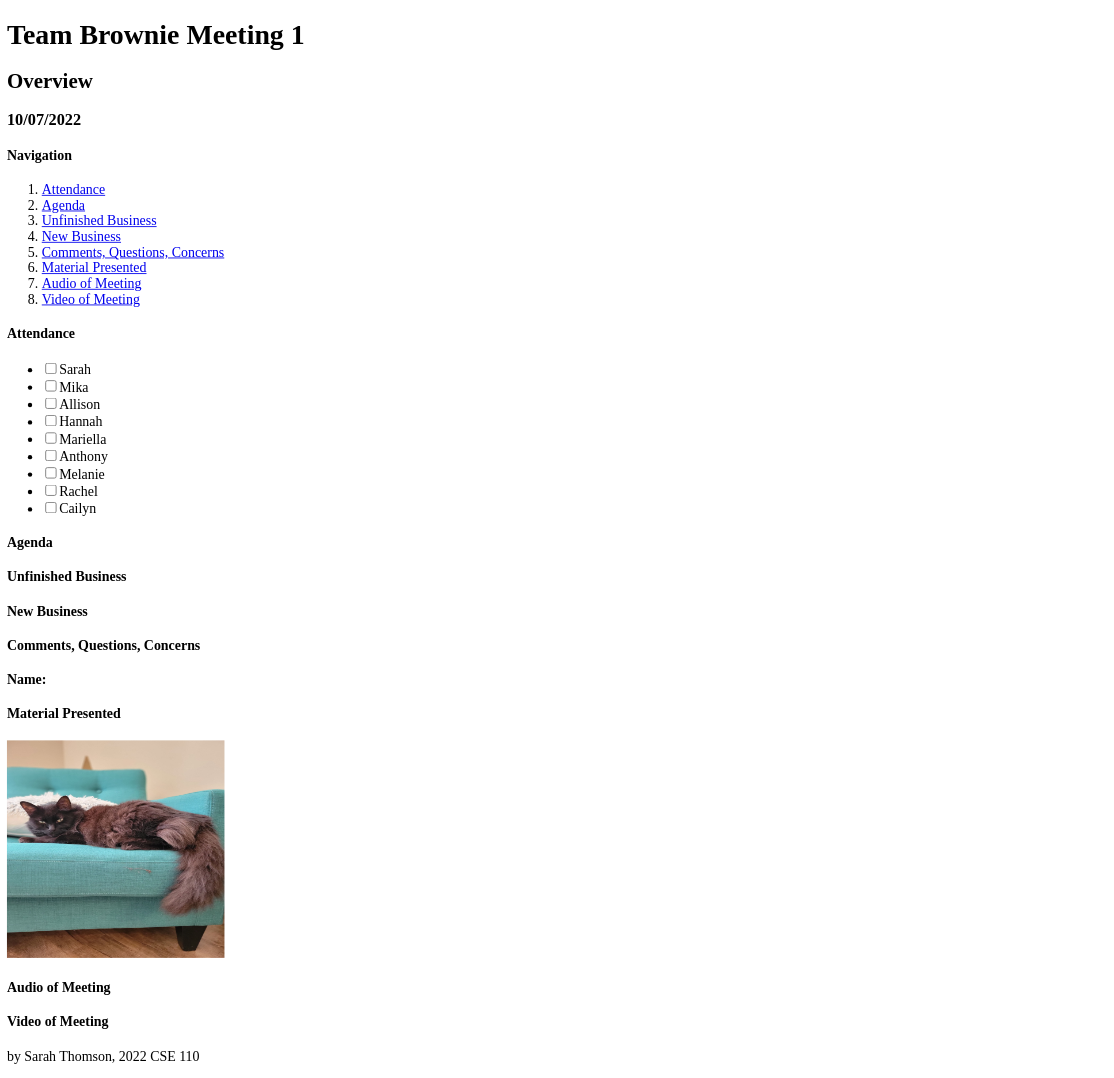
Repository: sarahtthomson/fa22-cse110-lab3
Page: index.html
These files come from the project's save history. The page is drawn as it stood at one moment and after the next save; the edit follows.
The browser window is 1280 px wide. The pictures show the whole page, at 87% of full size.

Above is the page before, as saved 2022-10-08 17:40:02.

### index.html
<!DOCTYPE html>
<html lang="en">
    <head>
        <Title>Team Brownie</Title>
        <meta name="description" content="Meeting minutes for Team Brownie">
        <link rel="icon" href="favicon.ico">
    </head>
    <body>
        <header>
            <h1>Team Brownie Meeting 1</h1>
            <h2>Overview</h2>
            <h3>10/07/2022</h3>
        </header>
        <main>
            <nav class="nav">
                <h4>Navigation</h4>
                <ol>
                    <li><a href="#Attendance" >Attendance</a></li>
                    <li><a href="#Agenda">Agenda</a></li>
                    <li><a href="#Unfinished">Unfinished Business</a></li>
                    <li><a href="#New">New Business</a></li>
                    <li><a href="#Comments">Comments, Questions, Concerns</a></li>
                    <li><a href="#Material">Material Presented</a></li>
                    <li><a href="#Audio">Audio of Meeting</a></li>
                    <li><a href="#Video">Video of Meeting</a></li>
                </ol>
            </nav>
            <div class="Attendance" id="Attendance">
                <h4>Attendance</h4>
                <ul>
                    <li><input type="checkbox">Sarah</li>
                    <li><input type="checkbox">Mika</li>
                    <li><input type="checkbox">Allison</li>
                    <li><input type="checkbox">Hannah</li>
                    <li><input type="checkbox">Mariella</li>
                    <li><input type="checkbox">Anthony</li>
                    <li><input type="checkbox">Melanie</li>
                    <li><input type="checkbox">Rachel</li>
                    <li><input type="checkbox">Cailyn</li>
                </ul>
            </div>
            <div class="Agenda" id="Agenda">
                <h4>Agenda</h4>

            </div>
            <div class="Unfinished" id="Unfinished">
                <h4>Unfinished Business</h4>
            </div>
            <div class="New" id="New">
                <h4>New Business</h4>
            </div>
            <div class="Comments" id="Comments">
                <h4>Comments, Questions, Concerns</h4>
                <form method="get" class="qanda">
                    <label for="name"><b>Name:</b></label>
                </form>
            </div>
            <div class="Material" id="Material">
                <h4>Material Presented</h4>
                <img height="250" width="250" src="cat.jpg">
            </div>
            <div class="Audio" id="Audio">
                <h4>Audio of Meeting</h4>
            </div>
            <div class="Video" id="Video">
                <h4>Video of Meeting</h4>
            </div>
        </main>
        <footer>
            <p>by Sarah Thomson, 2022 CSE 110</p>
        </footer>

    </body>
</html>

After the next save:
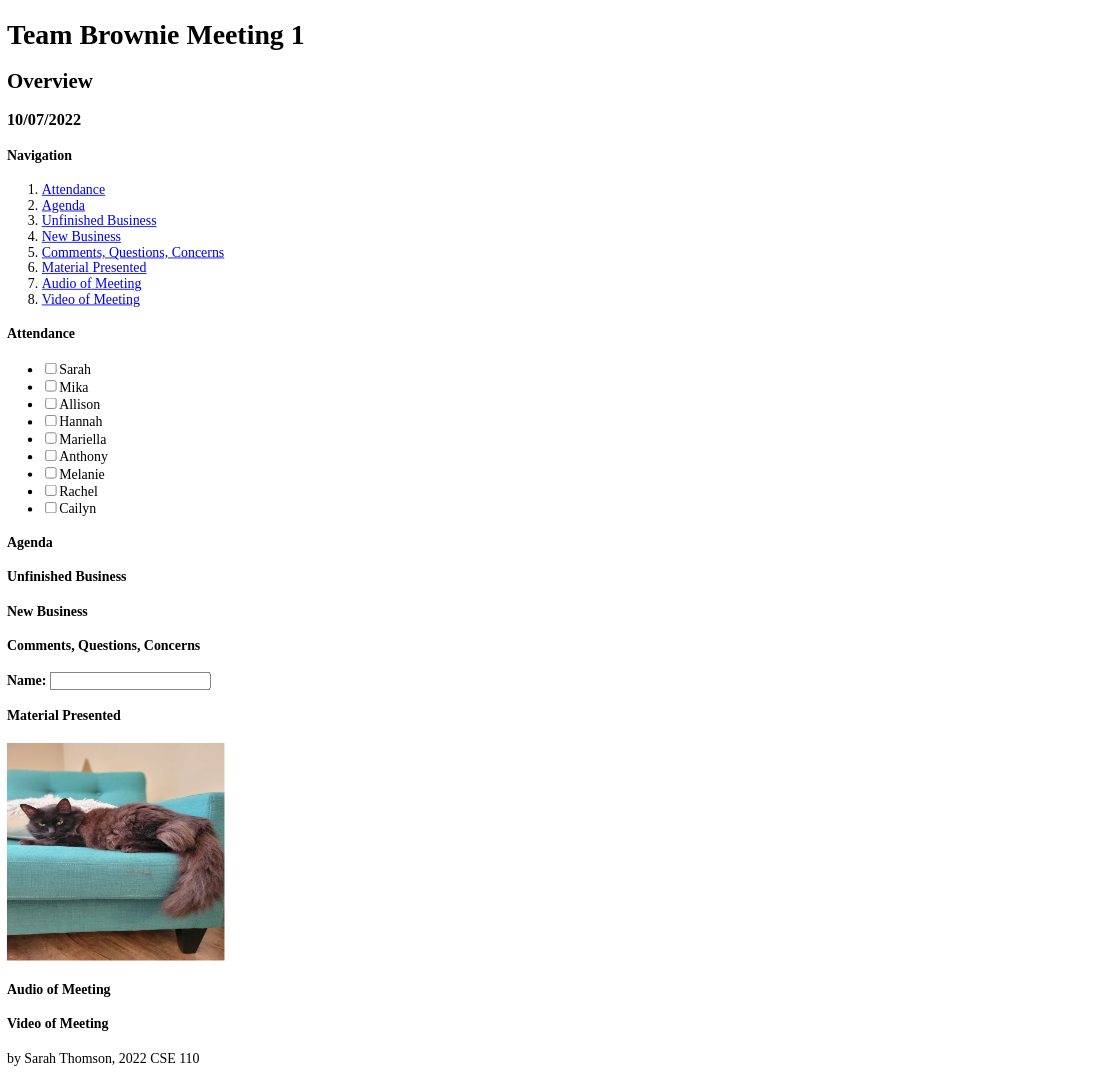
Saved 60 s later.
--- a/index.html
+++ b/index.html
@@ -53,6 +53,7 @@
                 <h4>Comments, Questions, Concerns</h4>
                 <form method="get" class="qanda">
                     <label for="name"><b>Name:</b></label>
+                    <input type="text" name="name" id="name"
                 </form>
             </div>
             <div class="Material" id="Material">
